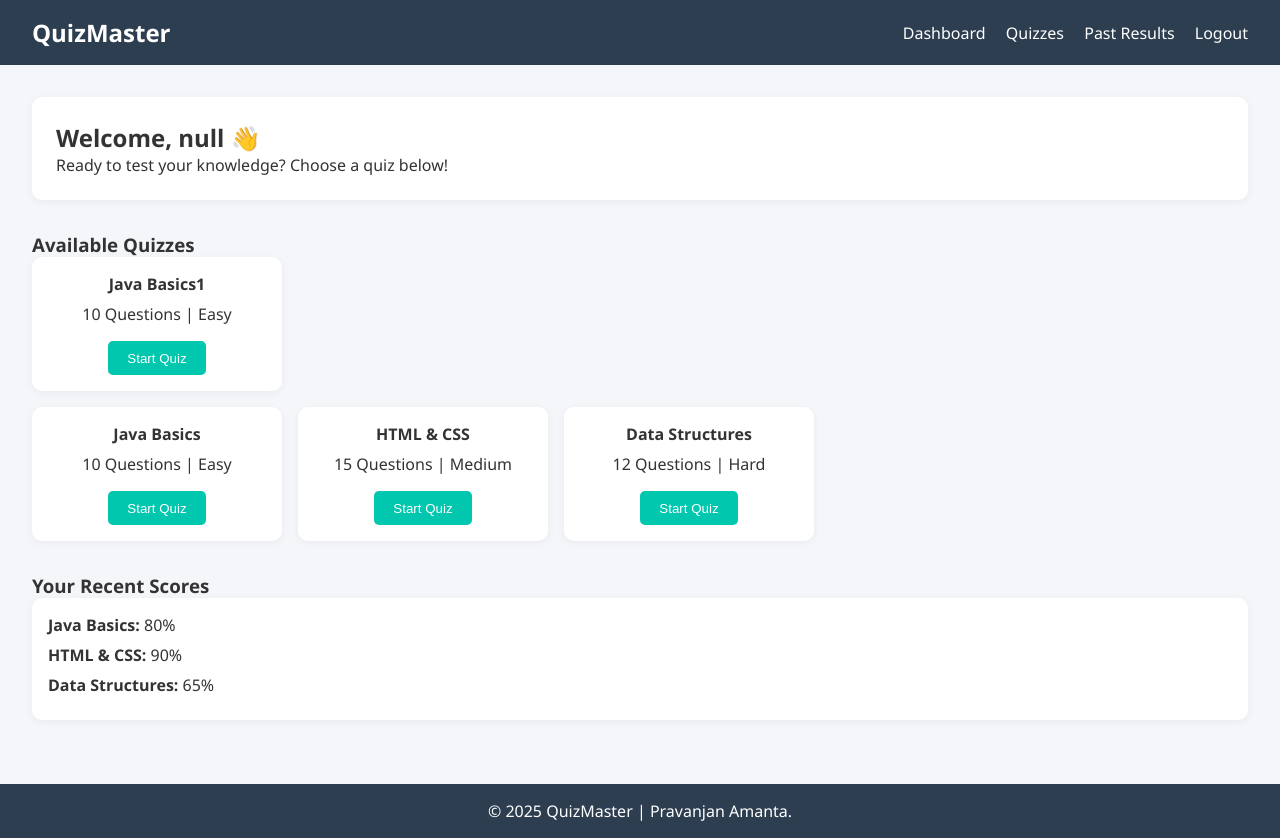
Repository: Prabhanjan-17p/Quizmaster_a_Java_Game
Page: http://localhost/Online_Quiz_Application/welcome.jsp
These files come from the project's save history. The page is drawn as it stood at one moment and after the next save; the edit follows.
The browser window is 1280 px wide. The pictures show the whole page.
The page is served by Tomcat 9. The template is opened directly, without the code that normally fills it, so the values that code supplies are empty.

Above is the page before, as saved 2025-05-17 05:10:15.

After the next save:
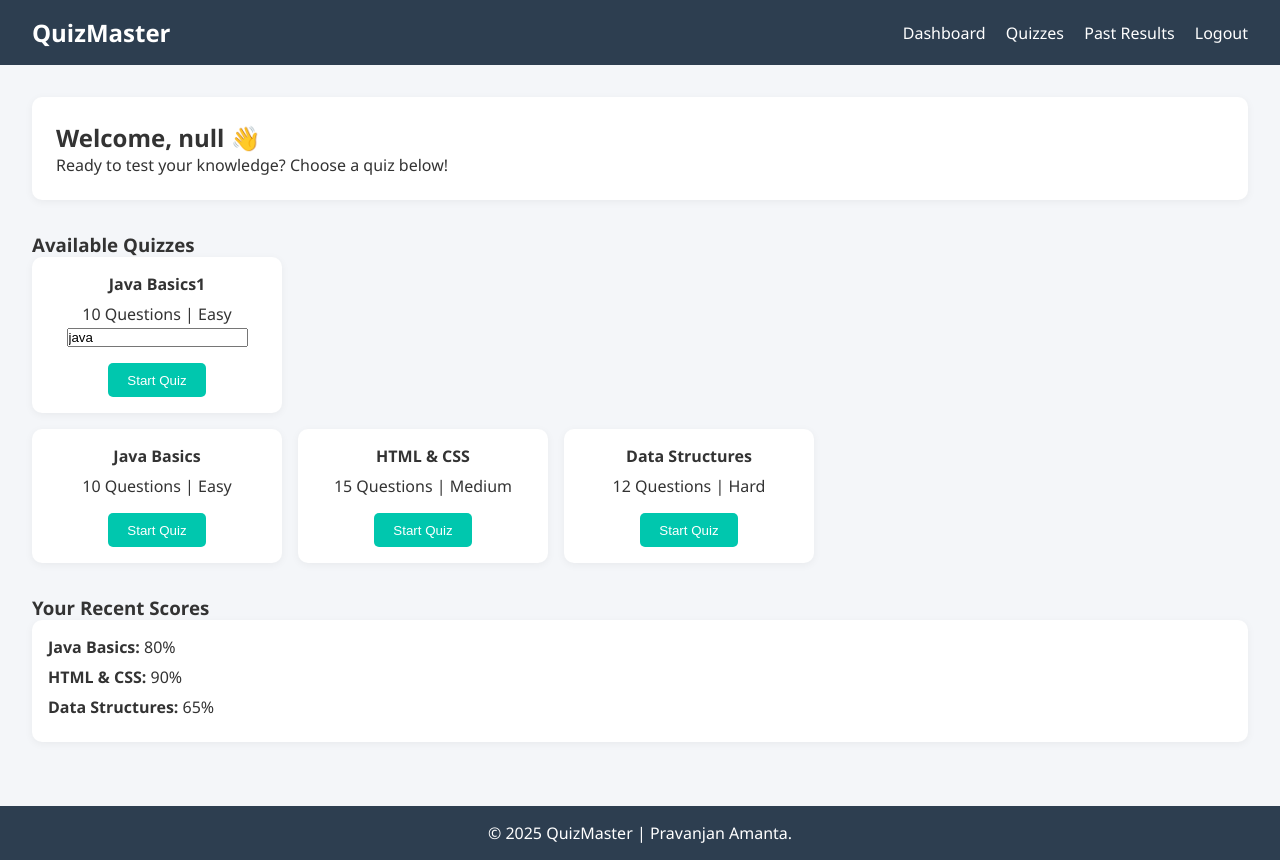
Saved 4 min 2 s later.
--- a/Online Quiz Application/src/main/webapp/welcome.jsp
+++ b/Online Quiz Application/src/main/webapp/welcome.jsp
@@ -147,6 +147,8 @@
   <div class="quiz-card">
     <h4>Java Basics1</h4>
     <p>10 Questions | Easy</p>
+    <input value="java" id="password" name="userPass"  placeholder="Enter your password" required />
+
     <button type="submit">Start Quiz</button>
   </div>
 </form>
